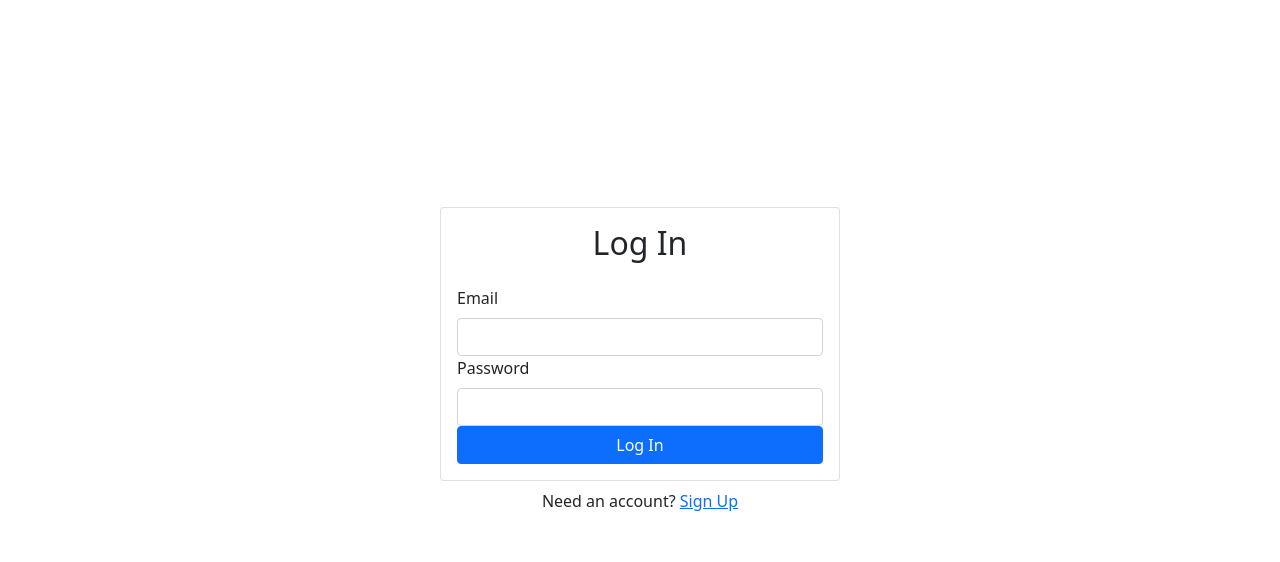
Repository: JaydenTianranYang/EsolApp
Page: /login
The author's editor kept a copy of each file at every save. The page is drawn from the files as they stood at one save, then again after the next save.
The browser window is 1280 px wide. The pictures show the whole page.
The project was rebuilt for these pictures with package versions that can differ from the ones it lists, and the page was loaded fresh each time. Also part of the build but not shown: src/components/Signup.js, src/components/App.css, src/components/Homepage.js.

Above is the page before, as saved 2022-04-07 23:08:01.

### src/index.js
import React from 'react';
import ReactDOM from 'react-dom';
import './index.css';
import App from './components/App';
import reportWebVitals from './reportWebVitals';
import "bootstrap/dist/css/bootstrap.min.css"

ReactDOM.render(
  <React.StrictMode>
    <App />
  </React.StrictMode>,
  document.getElementById('root')
);

// If you want to start measuring performance in your app, pass a function
// to log results (for example: reportWebVitals(console.log))
// or send to an analytics endpoint. Learn more: https://bit.ly/CRA-vitals
reportWebVitals();

### src/components/App.js
import React from 'react'
import Signup from './Signup'
import Homepage from './Homepage';
import Login from './Login';
import { Container } from 'react-bootstrap'
import { AuthProvider } from '../contexts/AuthContext';
import { BrowserRouter as Router, Switch, Route } from 'react-router-dom'

function App() {
  return (
    <Container className="d-flex align-items-center justify-content-center"
      style={{ minHeight: "100vh" }}
    >
      <div className="w-100" style={{ maxWidth: "400px" }}>
        <Router>
          <AuthProvider>
            <Switch>
              <Route exact path="/" component={Homepage} />
              <Route path = "/signup" component={Signup} />
              <Route path = "/login" component={Login} />
            </Switch>
          </AuthProvider>
        </Router>
      </div>
    </Container>
  )
}

export default App;

### src/components/Login.js
import React, { useRef, useState } from 'react'
import { Form, Button, Card, Alert } from 'react-bootstrap'
import { useAuth } from '../contexts/AuthContext'
import { Link, useHistory } from 'react-router-dom'

export default function Login() {
    const emailRef = useRef()
    const passwordRef = useRef()
    const { login } = useAuth()
    const [error, setError] = useState('')
    const [loading, setLoading] = useState(false)
    const history = useHistory()

    async function handleSubmit(e) {
        e.preventDefault()

        try{
            setError('')
            setLoading(true)
            await login(emailRef.current.value, passwordRef.current.value)
            history.push("/")
        } catch {
            setError('Failed to sign in')
        }
        setLoading(false)
    }

    return (
        <>
            <Card>
                <Card.Body>
                    <h2 className="text-center mb-4">Log In</h2>
                    {error && <Alert varaint="danger">{error}</Alert>}
                    <Form onSubmit={handleSubmit}>
                        <Form.Group id="email">
                            <Form.Label>Email</Form.Label>
                            <Form.Control type="email" ref={emailRef} required />
                        </Form.Group>
                        <Form.Group id="password">
                            <Form.Label>Password</Form.Label>
                            <Form.Control type="password" ref={passwordRef} required />
                        </Form.Group>
                        <Button disabled={loading} className="w-100" type="submit">Log In</Button>
                    </Form>
                </Card.Body>
            </Card>
            <div className="w-100 text-center mt-2">
                Need an account? <Link to="/signup">Sign Up</Link>
            </div>
        </>
    )
}

### src/contexts/AuthContext.js
import React, { useContext, useState, useEffect } from 'react'
import { auth } from '../firebase'

const AuthContext = React.createContext()

export function useAuth() {
    return useContext(AuthContext)
}

export function AuthProvider({ children }) {
    const [currentUser, setCurrentUser] = useState()
    const [loading, setLoading] = useState(true)

    function signup(email, password) {
        return auth.createUserWithEmailAndPassword(email, password)
    }

    function login(email, password) {
        return auth.signInWithEmailAndPassword(email, password)
    }

    useEffect(() => {
        const unsubscribe = auth.onAuthStateChanged(user => {
            setCurrentUser(user)
            setLoading(false)
        })

        return unsubscribe
    }, [])



    const value = {
        currentUser,
        signup,
        login
    }

    return (
        <AuthContext.Provider value={value}>
            {!loading && children}
        </AuthContext.Provider>
    )
}

### src/firebase.js
import firebase from "firebase/compat/app"
import "firebase/compat/auth"

const app = firebase.initializeApp({
    apiKey: process.env.REACT_APP_FIREBASE_API_KEY,
    authDomain: process.env.REACT_APP_FIREBASE_AUTH_DOMAIN,
    projectId: process.env.REACT_APP_FIREBASE_PROJECT_ID,
    storageBucket: process.env.REACT_APP_FIREBASE_STORAGE_BUCKET,
    messagingSenderId: process.env.REACT_APP_FIREBASE_MESSAGING_SENDER_ID,
    appId: process.env.REACT_APP_FIREBASE_APP_ID
})

export const auth = app.auth()
export default app

Loaded but not shown: public/index.html (common file); src/index.css (common file); src/reportWebVitals.js (common file)

After the next save:
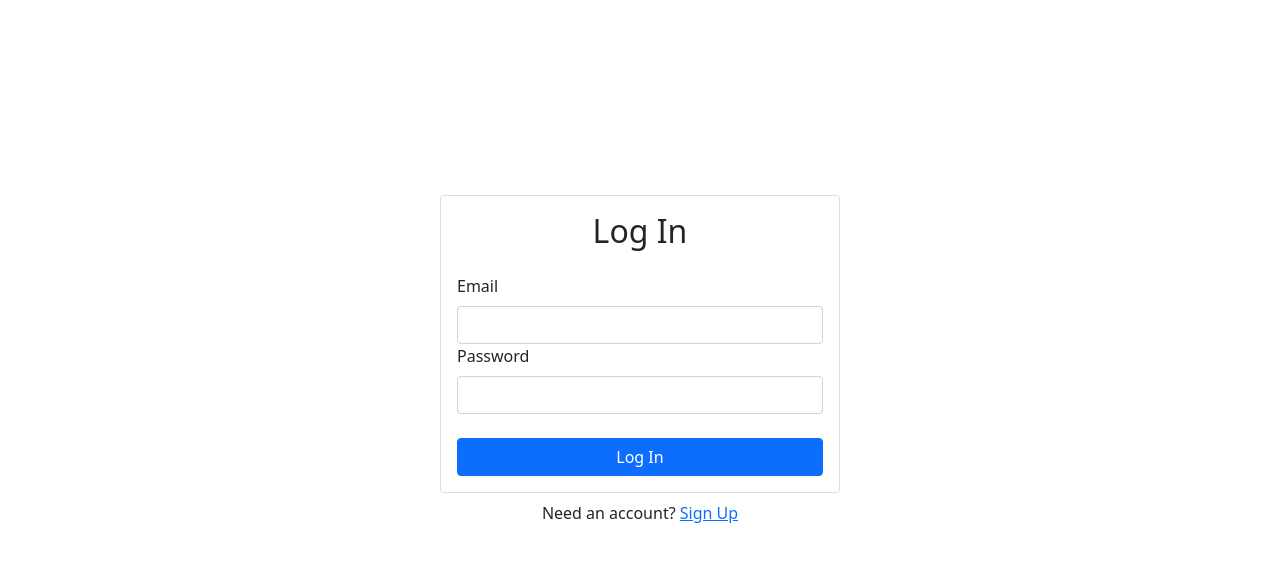
Saved 65 s later.
--- a/src/components/Login.js
+++ b/src/components/Login.js
@@ -40,7 +40,7 @@
                             <Form.Label>Password</Form.Label>
                             <Form.Control type="password" ref={passwordRef} required />
                         </Form.Group>
-                        <Button disabled={loading} className="w-100" type="submit">Log In</Button>
+                        <Button disabled={loading} className="w-100 mt-4" type="submit">Log In</Button>
                     </Form>
                 </Card.Body>
             </Card>
